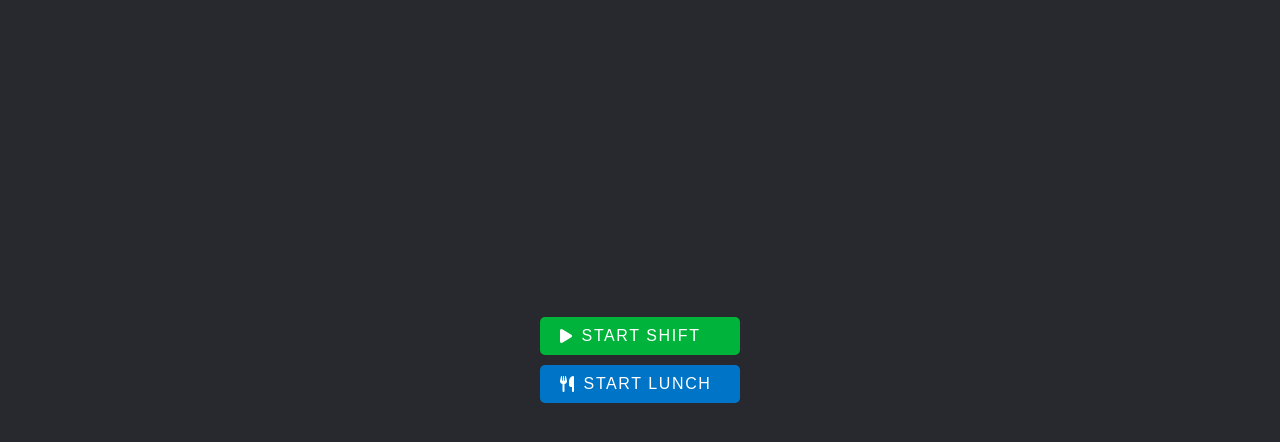
Repository: Philip-Rogers/button-state
Page: experiment.html
These files come from the project's save history. The page is drawn as it stood at one moment and after the next save; the edit follows.
The browser window is 1280 px wide. The pictures show the whole page.

Above is the page before, as saved 2024-08-14 14:59:35.

After the next save:
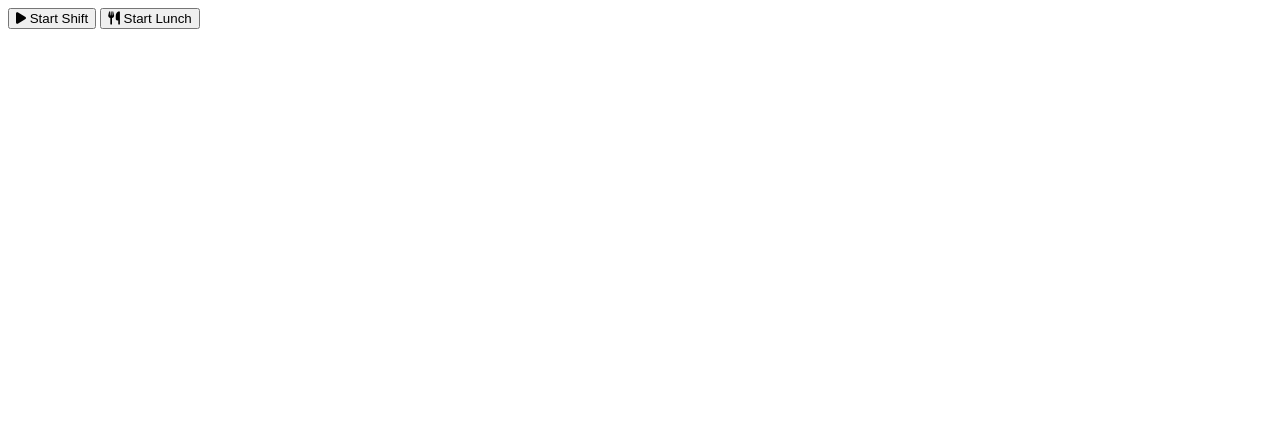
Saved 16 min 39 s later.
--- a/index.css
+++ b/index.css
@@ -1,82 +1,68 @@
-body {
-    background-color: hsl(225, 9%, 17%);
-    margin: auto;
-    display: flex;
-    justify-content: center;
-    align-items: center;
-    height: 100vh;
-    margin: 0;
-}
+<!DOCTYPE html>
+<html lang="en">
 
-button {
-    font-size: 1.25em;
-    display: block;
-    border-radius: 5px;
-    /* background-color: hsl(205, 100%, 39%); */
-    background-color: hsl(140, 100%, 35%);
-    /* Green for Start Shift */
-    color: hsl(354, 70%, 100%);
-    padding: 1em 1.25em;
-    width: 300px;
-    cursor: pointer;
-    border: none;
-    text-transform: uppercase;
-    letter-spacing: 0.1em;
-    transition: all .2s ease-in-out;
-    /* -webkit-box-reflect: below 10px linear-gradient(transparent, transparent, #0004); */
-}
+<head>
+    <meta charset="UTF-8">
+    <meta name="viewport" content="width=device-width, initial-scale=1.0">
+    <title>Shift and Lunch Toggle Buttons</title>
+    <link rel="stylesheet" href="index.css">
+    <link rel="stylesheet" href="https://cdnjs.cloudflare.com/ajax/libs/font-awesome/6.5.1/css/all.min.css"
+        integrity="sha512-DTOQO9RWCH3ppGqcWaEA1BIZOC6xxalwEsw9c2QQeAIftl+Vegovlnee1c9QX4TctnWMn13TZye+giMm8e2LwA=="
+        crossorigin="anonymous" referrerpolicy="no-referrer" />
+</head>
 
+<body>
 
-#shiftButton i {
-    margin-right: 8px;
-}
+    <!-- Container to hold both buttons -->
+    <div class="button-container">
+        <!-- Shift Button -->
+        <button id="shiftButton" class="toggle-button" onclick="toggleShift()">
+            <i class="fa fa-play"></i> Start Shift
+        </button>
 
-#shiftButton.stopShift {
-    background-color: hsl(354, 70%, 54%);
-    /* Red for Stop Shift */
-}
+        <!-- Lunch Button -->
+        <button id="lunchButton" class="toggle-button" onclick="toggleLunch()">
+            <i class="fa fa-utensils"></i> Start Lunch
+        </button>
+    </div>
 
+    <script>
+        let shiftState = 'start'; // Tracks the state of the Shift button
+        let lunchState = 'start'; // Tracks the state of the Lunch button
 
+        // Function to toggle the Shift button text and color
+        function toggleShift() {
+            const shiftButton = document.getElementById('shiftButton');
 
+            if (shiftState === 'start') {
+                shiftButton.innerHTML = '<i class="fa fa-stop"></i> Stop Shift';
+                shiftButton.style.backgroundColor = 'hsl(354, 70%, 54%)'; // Red for Stop Shift
+                shiftState = 'stop';
+            } else {
+                shiftButton.innerHTML = '<i class="fa fa-play"></i> Start Shift';
+                shiftButton.style.backgroundColor = 'hsl(140, 100%, 35%)'; // Green for Start Shift
+                shiftState = 'start';
+            }
+        }
 
+        // Function to toggle the Lunch button text and color
+        function toggleLunch() {
+            const lunchButton = document.getElementById('lunchButton');
 
+            if (lunchState === 'start') {
+                lunchButton.innerHTML = '<i class="fa fa-stop"></i> Stop Lunch';
+                lunchButton.style.backgroundColor = 'grey'; // Grey for Stop Lunch
+                lunchButton.disabled = true; // Disable the button
+                lunchState = 'stop';
+            } else {
+                lunchButton.innerHTML = '<i class="fa fa-utensils"></i> Start Lunch';
+                lunchButton.style.backgroundColor = 'hsl(205, 100%, 39%)'; // Blue for Start Lunch
+                lunchButton.disabled = false; // Enable the button
+                lunchState = 'start';
+            }
+        }
+    </script>
 
+</body>
 
-/* Container for the buttons to ensure they stack vertically */
-.button-container {
-    display: flex;
-    flex-direction: column;
-    align-items: flex-start;
-    /* Align buttons to the start of the container */
-    gap: 10px;
-    /* Space between the buttons */
-}
-
-/* Style for the toggle buttons */
-.toggle-button {
-
-    background-color: hsl(140, 100%, 35%);
-    /* Default green for Start Shift */
-    border: none;
-    padding: 10px 20px;
-    font-size: 16px;
-    cursor: pointer;
-    display: flex;
-    align-items: center;
-    width: 200px;
-    /* Fixed width for consistency */
-}
-
-#lunchButton {
-    background-color: hsl(205, 100%, 39%);
-    /* Default blue color for Start Lunch */
-}
-
-.toggle-button i {
-    margin-right: 8px;
-}
-
-.toggle-button.stop {
-    background-color: hsl(354, 70%, 54%);
-    /* Red when in stop state */
-}
+</html>

After the save that followed:
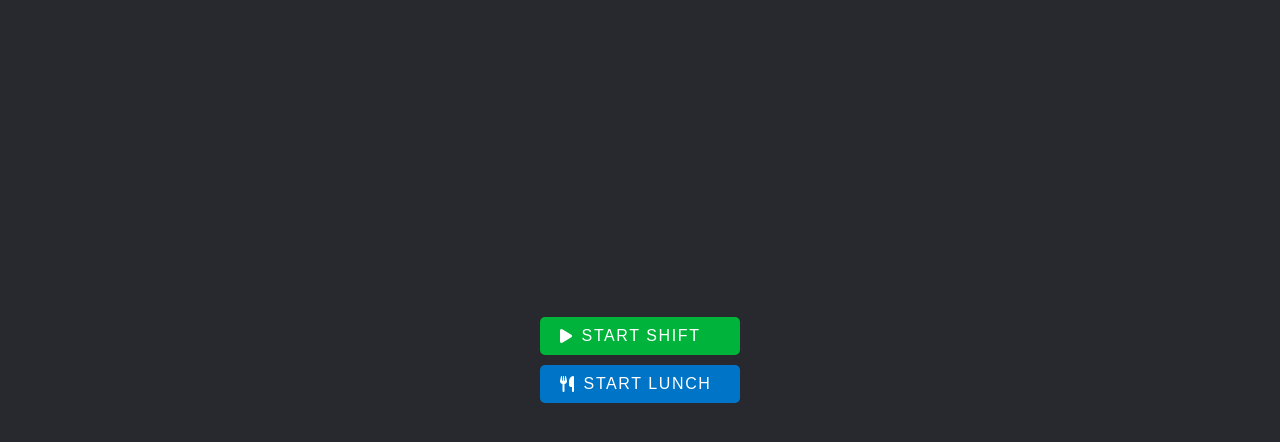
Saved 22 s later.
--- a/index.css
+++ b/index.css
@@ -1,68 +1,82 @@
-<!DOCTYPE html>
-<html lang="en">
+body {
+    background-color: hsl(225, 9%, 17%);
+    margin: auto;
+    display: flex;
+    justify-content: center;
+    align-items: center;
+    height: 100vh;
+    margin: 0;
+}
 
-<head>
-    <meta charset="UTF-8">
-    <meta name="viewport" content="width=device-width, initial-scale=1.0">
-    <title>Shift and Lunch Toggle Buttons</title>
-    <link rel="stylesheet" href="index.css">
-    <link rel="stylesheet" href="https://cdnjs.cloudflare.com/ajax/libs/font-awesome/6.5.1/css/all.min.css"
-        integrity="sha512-DTOQO9RWCH3ppGqcWaEA1BIZOC6xxalwEsw9c2QQeAIftl+Vegovlnee1c9QX4TctnWMn13TZye+giMm8e2LwA=="
-        crossorigin="anonymous" referrerpolicy="no-referrer" />
-</head>
+button {
+    font-size: 1.25em;
+    display: block;
+    border-radius: 5px;
+    /* background-color: hsl(205, 100%, 39%); */
+    background-color: hsl(140, 100%, 35%);
+    /* Green for Start Shift */
+    color: hsl(354, 70%, 100%);
+    padding: 1em 1.25em;
+    width: 300px;
+    cursor: pointer;
+    border: none;
+    text-transform: uppercase;
+    letter-spacing: 0.1em;
+    transition: all .2s ease-in-out;
+    /* -webkit-box-reflect: below 10px linear-gradient(transparent, transparent, #0004); */
+}
 
-<body>
 
-    <!-- Container to hold both buttons -->
-    <div class="button-container">
-        <!-- Shift Button -->
-        <button id="shiftButton" class="toggle-button" onclick="toggleShift()">
-            <i class="fa fa-play"></i> Start Shift
-        </button>
+#shiftButton i {
+    margin-right: 8px;
+}
 
-        <!-- Lunch Button -->
-        <button id="lunchButton" class="toggle-button" onclick="toggleLunch()">
-            <i class="fa fa-utensils"></i> Start Lunch
-        </button>
-    </div>
+#shiftButton.stopShift {
+    background-color: hsl(354, 70%, 54%);
+    /* Red for Stop Shift */
+}
 
-    <script>
-        let shiftState = 'start'; // Tracks the state of the Shift button
-        let lunchState = 'start'; // Tracks the state of the Lunch button
 
-        // Function to toggle the Shift button text and color
-        function toggleShift() {
-            const shiftButton = document.getElementById('shiftButton');
 
-            if (shiftState === 'start') {
-                shiftButton.innerHTML = '<i class="fa fa-stop"></i> Stop Shift';
-                shiftButton.style.backgroundColor = 'hsl(354, 70%, 54%)'; // Red for Stop Shift
-                shiftState = 'stop';
-            } else {
-                shiftButton.innerHTML = '<i class="fa fa-play"></i> Start Shift';
-                shiftButton.style.backgroundColor = 'hsl(140, 100%, 35%)'; // Green for Start Shift
-                shiftState = 'start';
-            }
-        }
 
-        // Function to toggle the Lunch button text and color
-        function toggleLunch() {
-            const lunchButton = document.getElementById('lunchButton');
 
-            if (lunchState === 'start') {
-                lunchButton.innerHTML = '<i class="fa fa-stop"></i> Stop Lunch';
-                lunchButton.style.backgroundColor = 'grey'; // Grey for Stop Lunch
-                lunchButton.disabled = true; // Disable the button
-                lunchState = 'stop';
-            } else {
-                lunchButton.innerHTML = '<i class="fa fa-utensils"></i> Start Lunch';
-                lunchButton.style.backgroundColor = 'hsl(205, 100%, 39%)'; // Blue for Start Lunch
-                lunchButton.disabled = false; // Enable the button
-                lunchState = 'start';
-            }
-        }
-    </script>
 
-</body>
 
-</html>
+/* Container for the buttons to ensure they stack vertically */
+.button-container {
+    display: flex;
+    flex-direction: column;
+    align-items: flex-start;
+    /* Align buttons to the start of the container */
+    gap: 10px;
+    /* Space between the buttons */
+}
+
+/* Style for the toggle buttons */
+.toggle-button {
+
+    background-color: hsl(140, 100%, 35%);
+    /* Default green for Start Shift */
+    border: none;
+    padding: 10px 20px;
+    font-size: 16px;
+    cursor: pointer;
+    display: flex;
+    align-items: center;
+    width: 200px;
+    /* Fixed width for consistency */
+}
+
+#lunchButton {
+    background-color: hsl(205, 100%, 39%);
+    /* Default blue color for Start Lunch */
+}
+
+.toggle-button i {
+    margin-right: 8px;
+}
+
+.toggle-button.stop {
+    background-color: hsl(354, 70%, 54%);
+    /* Red when in stop state */
+}
